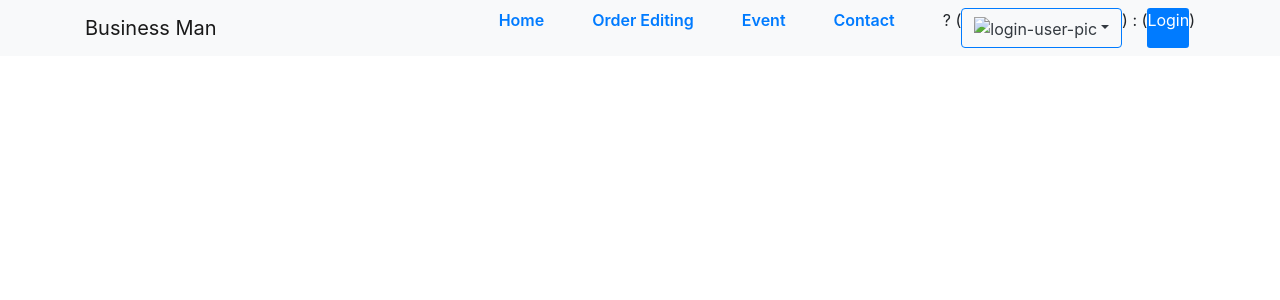
Repository: mdtahsinamin/internship-task
Page: /
These files come from the project's save history. The page is drawn as it stood at one moment and after the next save; the edit follows.
The browser window is 1280 px wide. The pictures show the whole page.
The project was rebuilt for these pictures with package versions that can differ from the ones it lists, and the page was loaded fresh each time. Also part of the build but not shown: src/App.css, src/Components/Style/SignIn.css, src/Components/Authentication/SignIn.js, src/Components/NotFound/NotFound.js.

Above is the page before, as saved 2020-12-24 17:38:02.

After the next save:
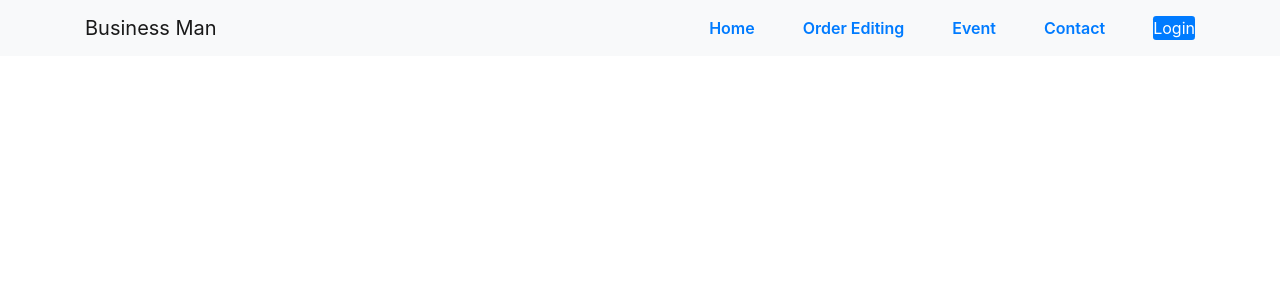
Saved 59 s later.
--- a/src/Components/Pages/Share/Navigation/Navigation.js
+++ b/src/Components/Pages/Share/Navigation/Navigation.js
@@ -41,14 +41,13 @@ const Navigation = () => {
                               )
                         })
                     }
-                    {loginUser.email}?
-                    (
+                    {loginUser.email? (
                     <>
                     <Dropdown>
                       <Dropdown.Toggle className="bg-transparent text-dark">
                         {loginUser.name}
-                      <span className="profile-pic">
-                        <img src={loginUser.photoURL} alt="login-user-pic" />
+                       <span className="profile-pic">
+                         <img src={loginUser.photoURL} alt="login-user-pic" />
                       </span>
                     </Dropdown.Toggle>
 
@@ -61,12 +60,11 @@ const Navigation = () => {
                       </Dropdown.Item>
                     </Dropdown.Menu>
                   </Dropdown>
-                 </>
-                )
+                 </>)
                  : (
                      <Link to="/sign-in" className="login-button bg-primary text-white rounded-sm"> Login</Link>
                   )
-
+                 }
                 </Nav>
             </Navbar.Collapse>
            </Container>
